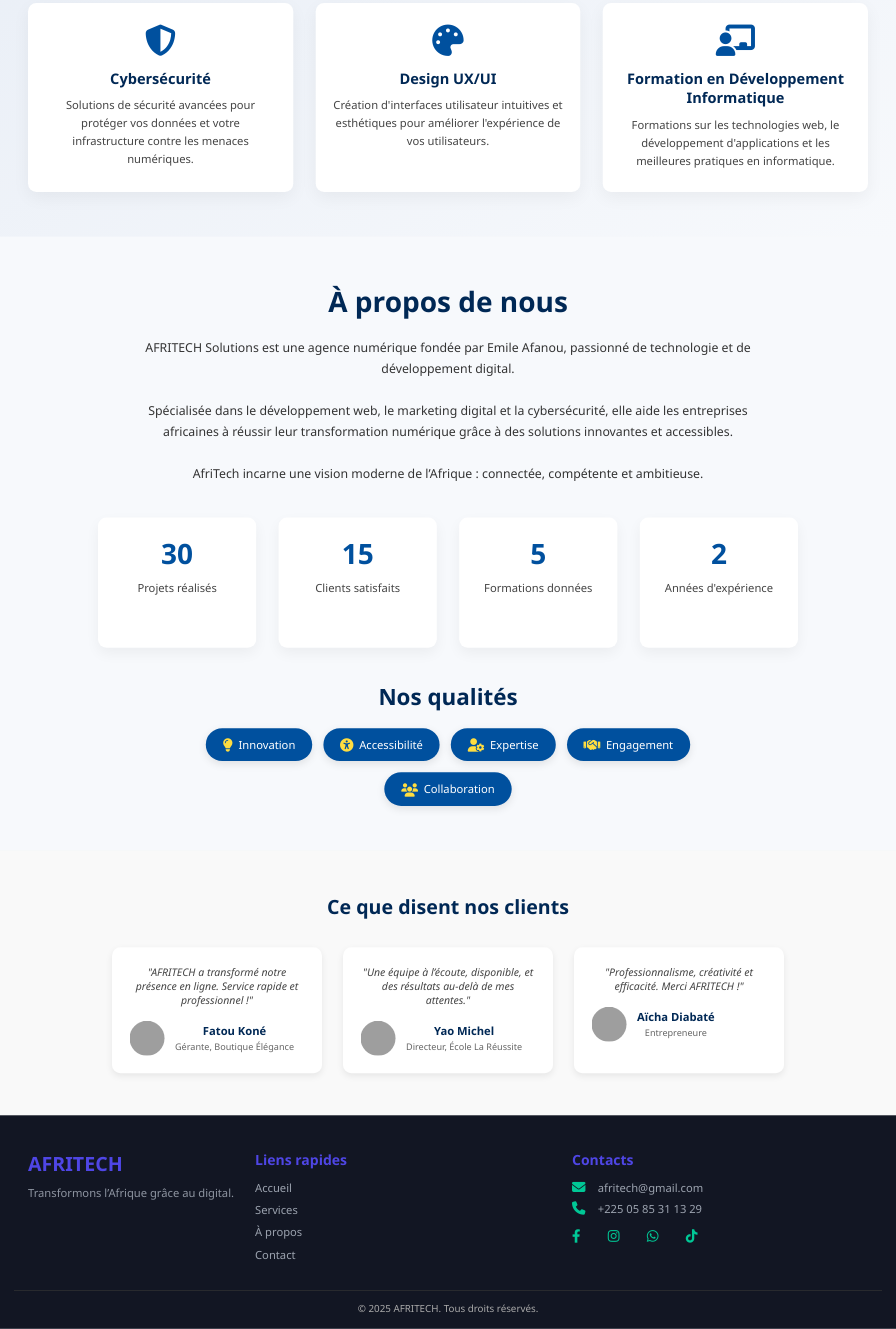
Repository: prestige225/AFRITECH
Page: index.html
The author's editor kept a copy of each file at every save. The page is drawn from the files as they stood at one save, then again after the next save.
The browser window is 1280 px wide. The pictures show the part of the page from y = 936 to 2856 px (the page is 2834 px tall before and 2856 px after), at 70% of full size.
Pictures or frames that could not be fetched are drawn as grey boxes.

Above is the page before, as saved 2025-07-26 00:35:16.
Console error: TypeError: Cannot read properties of null (reading 'addEventListener')

After the next save:
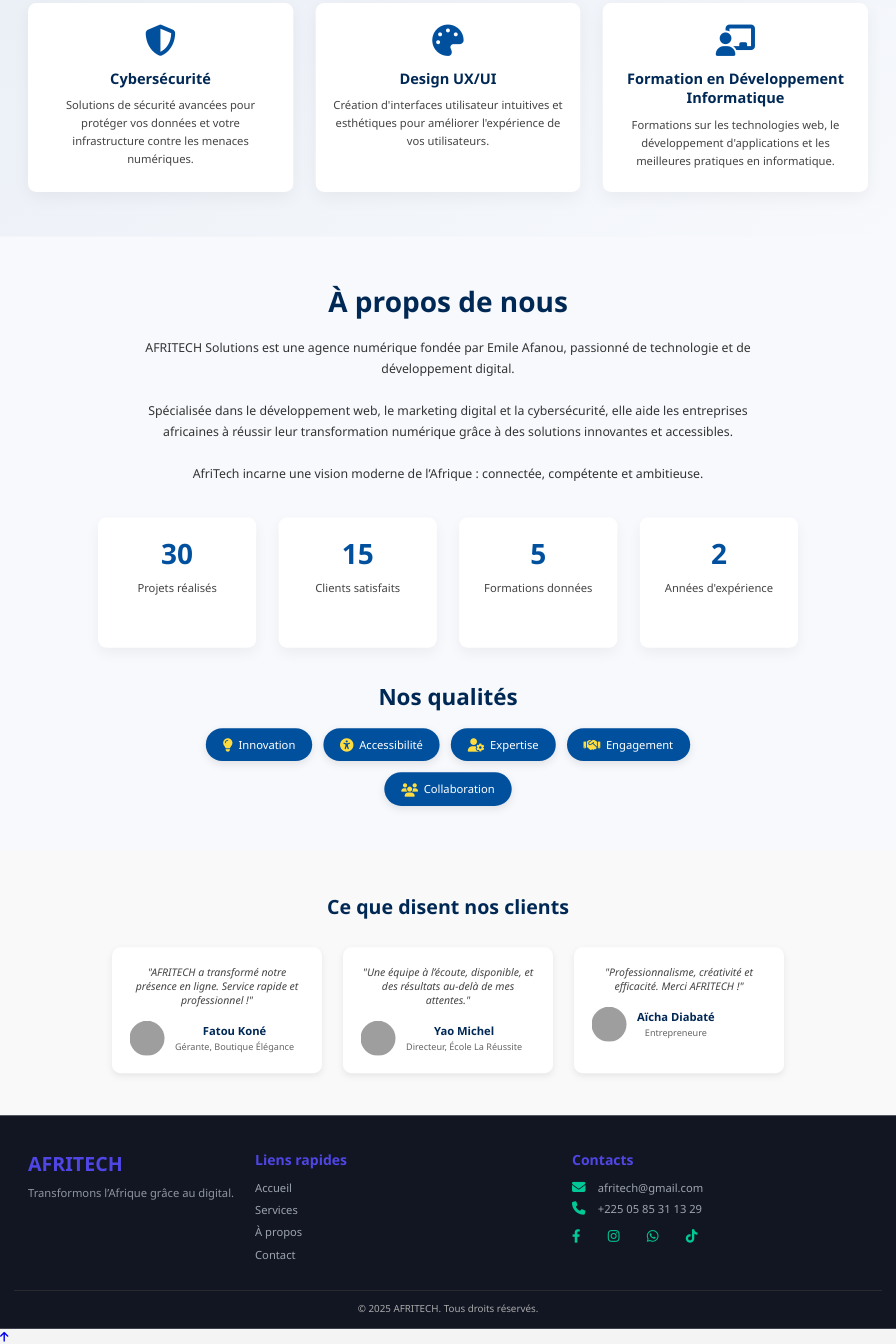
Saved 3 min 24 s later.
--- a/index.html
+++ b/index.html
@@ -239,6 +239,12 @@
 
     <script src="index.js"></script>
 
+    <!-- Bouton flèche vers le haut -->
+<a href="#" class="scroll-to-top" aria-label="Retour en haut">
+  <i class="fas fa-arrow-up"></i>
+</a>
+
+
     <!--  -->
 </body>
 

After the save that followed:
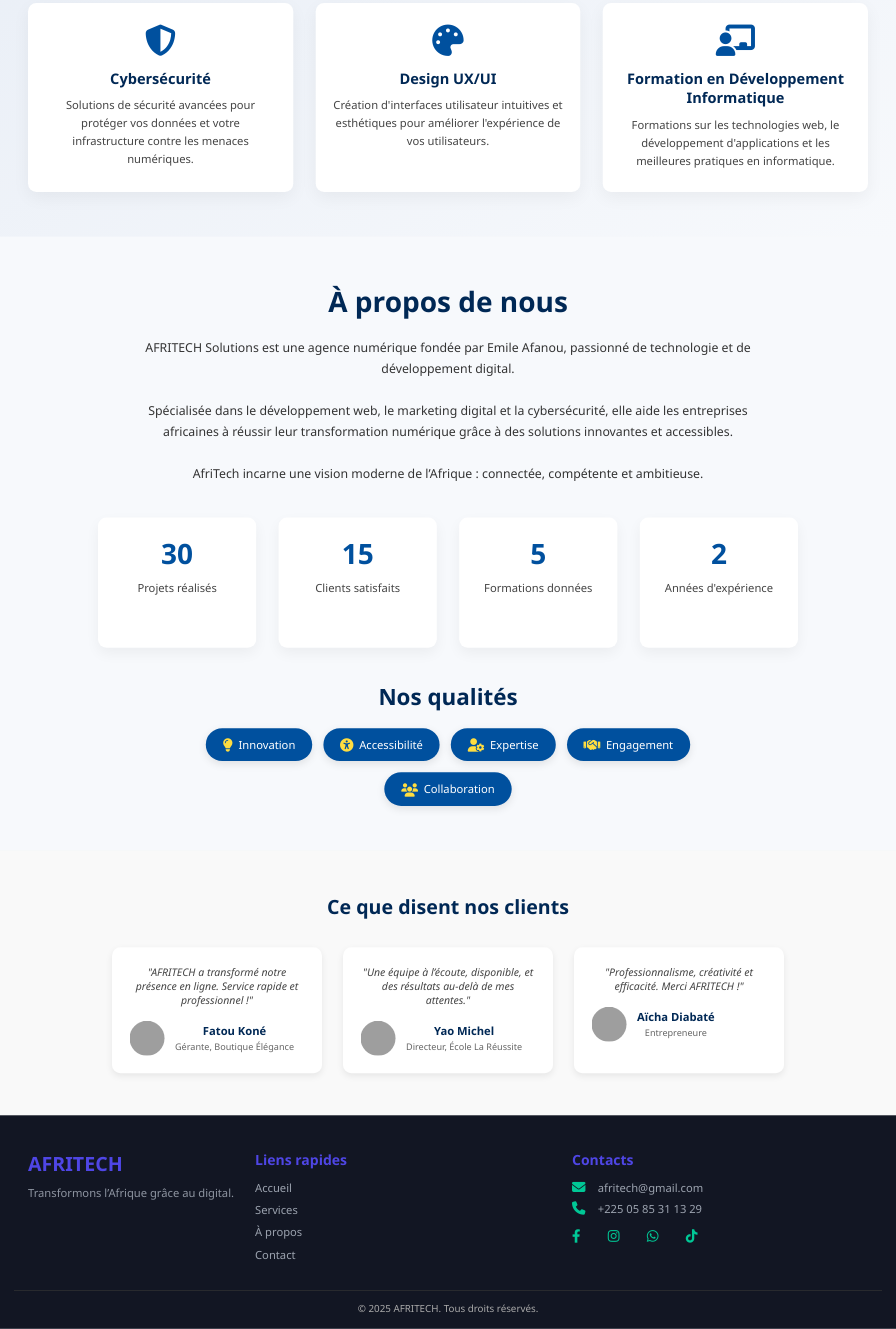
Saved 34 s later.
--- a/style.css
+++ b/style.css
@@ -880,3 +880,31 @@ html {
     align-items: center;
   }
 }
+
+/* Flèche retour en haut */
+.scroll-to-top {
+  position: fixed;
+  bottom: 20px;
+  right: 20px;
+  background: linear-gradient(135deg, #004AAD, #00C2CB);
+  color: #fff;
+  border-radius: 50%;
+  padding: 12px;
+  font-size: 18px;
+  z-index: 1000;
+  cursor: pointer;
+  box-shadow: 0 4px 8px rgba(0, 0, 0, 0.3);
+  opacity: 0;
+  visibility: hidden;
+  transition: all 0.4s ease;
+}
+
+.scroll-to-top.show {
+  opacity: 1;
+  visibility: visible;
+}
+
+.scroll-to-top:hover {
+  background: linear-gradient(135deg, #00C2CB, #004AAD);
+  transform: translateY(-4px);
+}
